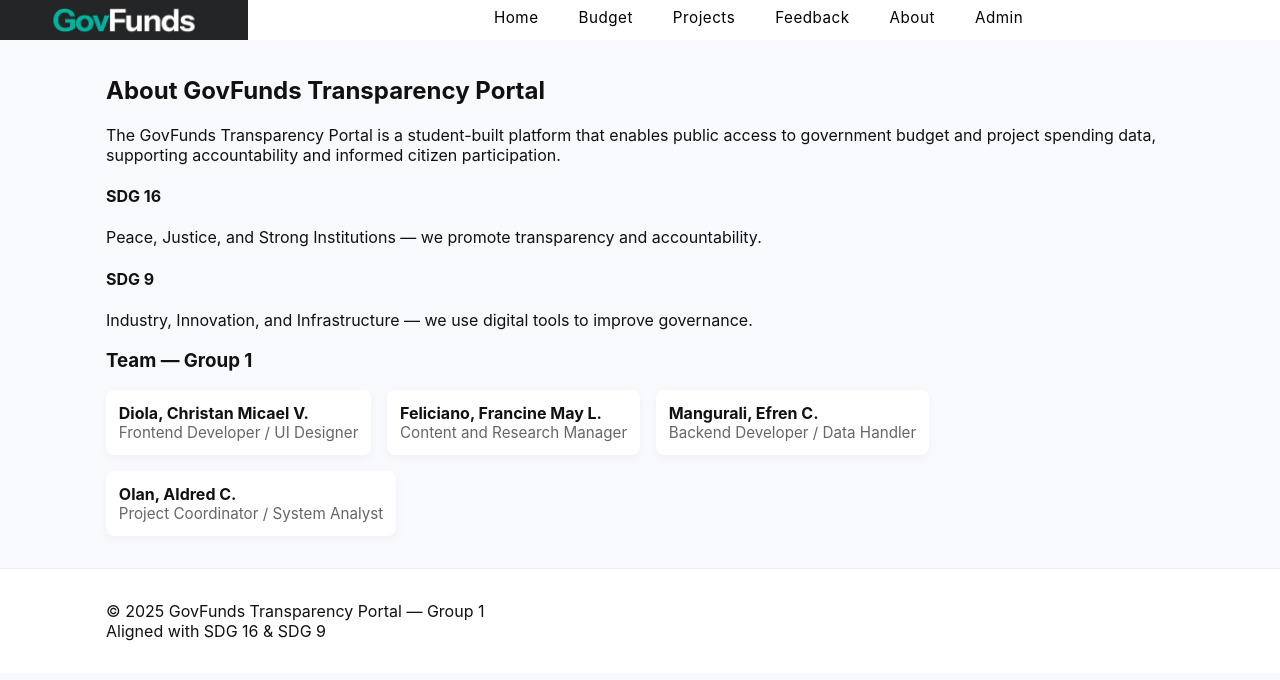
Repository: efren319/GovFunds
Page: http://localhost/about
The author's editor kept a copy of each file at every save. The page is drawn from the files as they stood at one save, then again after the next save.
The browser window is 1280 px wide. The pictures show the whole page.
The page is served by the project's application, run on Flask 3 (app.py).

Above is the page before, as saved 2025-11-10 21:43:19.

After the next save:
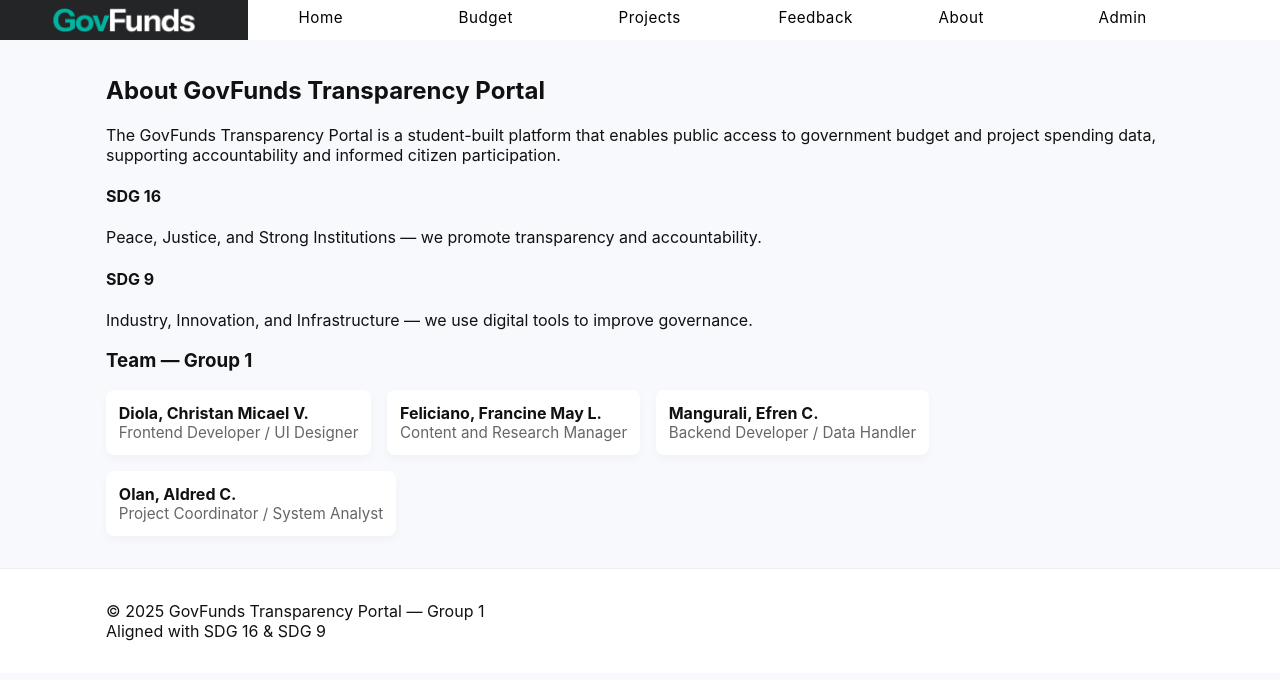
Saved 40 s later.
--- a/static/style.css
+++ b/static/style.css
@@ -94,6 +94,8 @@ nav a {
   display: flex;
   align-items: center;
   height: 100%;
+  width: 120px;
+flex-shrink: 0;
 }
 
 nav a.admin-link {
